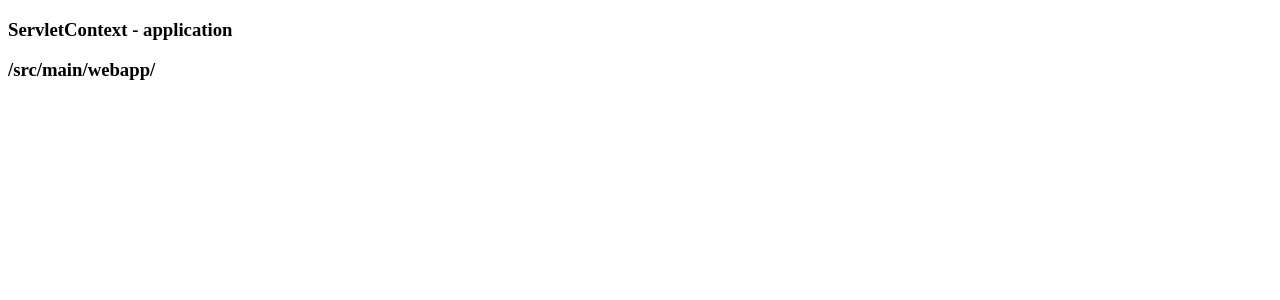
Repository: j-hee-98/Servlet-JSP
Page: http://localhost/step02_JSP/application/applicationMethod.jsp
These files come from the project's save history. The page is drawn as it stood at one moment and after the next save; the edit follows.
The browser window is 1280 px wide. The pictures show the whole page.
The page is served by Tomcat 9. Other server files are loaded and not shown.

Above is the page before, as saved 2025-04-15 05:48:48.

### step02_JSP/src/main/webapp/application/applicationMethod.jsp
<%@ page language="java" contentType="text/html; charset=UTF-8"
    pageEncoding="UTF-8"%>
<!DOCTYPE html>
<html>
<head>
<meta charset="UTF-8">
<title>Insert title here</title>
</head>
<body>
<h3>ServletContext - application</h3>
<h3>
	<%=application.getRealPath("/") %>
</h3>
</body>
</html>

After the next save:
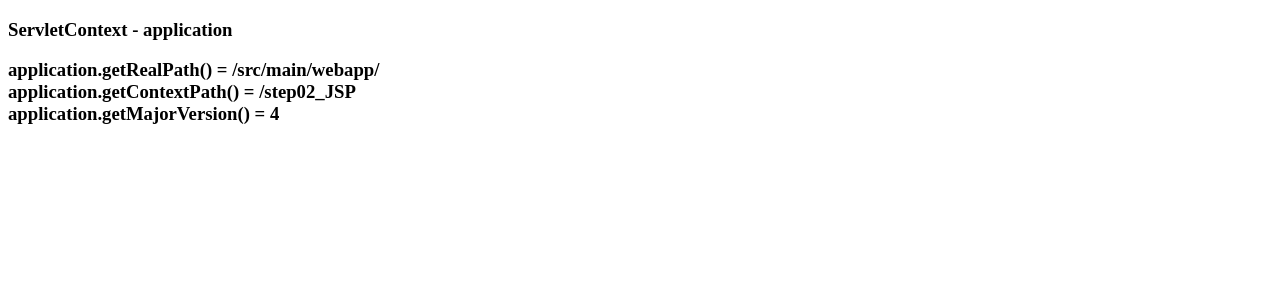
Saved 78 s later.
--- a/step02_JSP/src/main/webapp/application/applicationMethod.jsp
+++ b/step02_JSP/src/main/webapp/application/applicationMethod.jsp
@@ -9,7 +9,9 @@
 <body>
 <h3>ServletContext - application</h3>
 <h3>
-	<%=application.getRealPath("/") %>
+	application.getRealPath() = <%=application.getRealPath("/") %><br>
+	application.getContextPath() = <%=application.getContextPath() %><br>
+	application.getMajorVersion() = <%=application.getMajorVersion() %><br>
 </h3>
 </body>
 </html>
